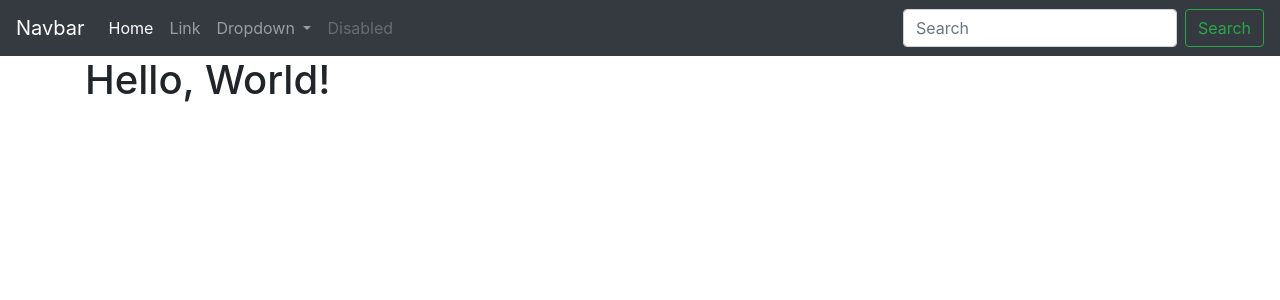
Repository: deividwsantoss/WEBD6201-W2021-Week1-lab1
Page: index.html
An editor plug-in stored every save of this project. The page is shown before and after the next save, followed by the edit.
The browser window is 1280 px wide. The pictures show the whole page.

Above is the page before, as saved 2021-02-01 20:15:47.

After the next save:
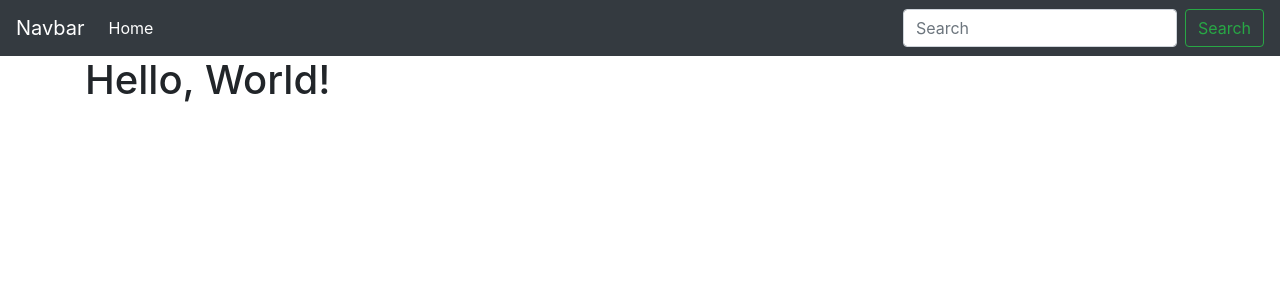
Saved 2 min 46 s later.
--- a/index.html
+++ b/index.html
@@ -21,23 +21,6 @@
             <li class="nav-item active">
               <a class="nav-link" href="#">Home <span class="sr-only">(current)</span></a>
             </li>
-            <li class="nav-item">
-              <a class="nav-link" href="#">Link</a>
-            </li>
-            <li class="nav-item dropdown">
-              <a class="nav-link dropdown-toggle" href="#" id="navbarDropdown" role="button" data-toggle="dropdown" aria-haspopup="true" aria-expanded="false">
-                Dropdown
-              </a>
-              <div class="dropdown-menu" aria-labelledby="navbarDropdown">
-                <a class="dropdown-item" href="#">Action</a>
-                <a class="dropdown-item" href="#">Another action</a>
-                <div class="dropdown-divider"></div>
-                <a class="dropdown-item" href="#">Something else here</a>
-              </div>
-            </li>
-            <li class="nav-item">
-              <a class="nav-link disabled" href="#">Disabled</a>
-            </li>
           </ul>
           <form class="form-inline my-2 my-lg-0">
             <input class="form-control mr-sm-2" type="search" placeholder="Search" aria-label="Search">
